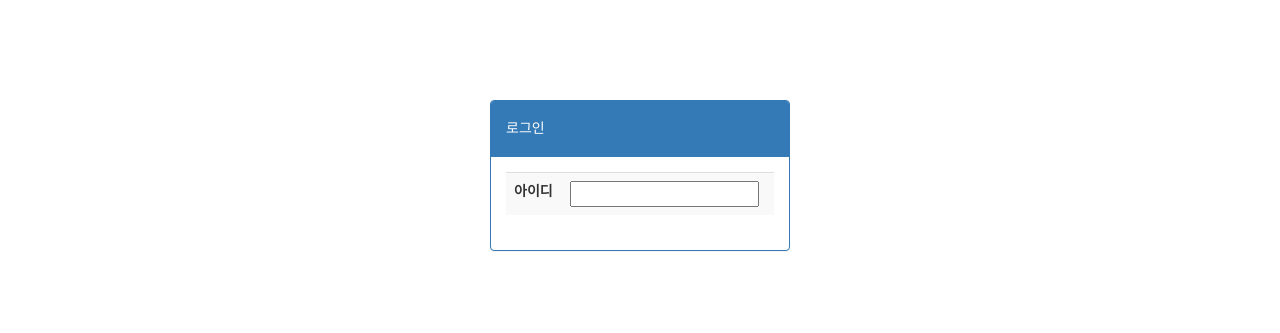
Repository: simDev1234/WebStudy
Page: http://localhost/2022_0607_PhotoGallery/member/login_form.do
An editor plug-in stored every save of this project. The page is shown before and after the next save, followed by the edit.
The browser window is 1280 px wide. The pictures show the whole page.
The page is served by Tomcat 9. Other server files are loaded and not shown.

Above is the page before, as saved 2022-06-07 08:16:14.

### _01_상반기_WebStudy/2022_0607_PhotoGallery/src/main/webapp/member/member_login_form.jsp
<%@ page language="java" contentType="text/html; charset=UTF-8"
    pageEncoding="UTF-8"%>
<!DOCTYPE html>
<html>
<head>
<meta charset="UTF-8">
<!-- Bootstrap 3.x -->
<link rel="stylesheet" href="https://maxcdn.bootstrapcdn.com/bootstrap/3.4.1/css/bootstrap.min.css">
<script src="https://ajax.googleapis.com/ajax/libs/jquery/3.6.0/jquery.min.js"></script>
<script src="https://maxcdn.bootstrapcdn.com/bootstrap/3.4.1/js/bootstrap.min.js"></script>
<style type="text/css">
    #box{
       width : 300px;
       margin : auto;
       margin-top : 100px;
    }
</style>
<title>Insert title here</title>
</head>
<body>
   <form>
      <div id = "box">
         <div class="panel panel-primary">
		    <div class="panel-heading"><h5>로그인</h5></div>
		    <div class="panel-body">
		       <table class = "table table-striped">
		           <tr>
		             <th>아이디</th>
		             <td><input name = "m_id"></td>
		           </tr>
		       </table>
		    </div>
		 </div>
      </div>
   </form>
</body>
</html>

### _01_상반기_WebStudy/2022_0607_PhotoGallery/src/main/java/action/member/MemberLoginFormAction.java
package action.member;

import java.io.IOException;
import javax.servlet.RequestDispatcher;
import javax.servlet.ServletException;
import javax.servlet.annotation.WebServlet;
import javax.servlet.http.HttpServlet;
import javax.servlet.http.HttpServletRequest;
import javax.servlet.http.HttpServletResponse;

/**
 * Servlet implementation class MemberLoginFormAction
 */
@WebServlet("/member/login_form.do")
public class MemberLoginFormAction extends HttpServlet {
	private static final long serialVersionUID = 1L;

	/**
	 * @see HttpServlet#HttpServlet()
	 */
	public MemberLoginFormAction() {
		super();
		// TODO Auto-generated constructor stub
	}

	/**
	 * @see HttpServlet#service(HttpServletRequest request, HttpServletResponse response)
	 */
	protected void service(HttpServletRequest request, HttpServletResponse response)
			throws ServletException, IOException {

		//forward
		String forward_page = "member_login_form.jsp";
		RequestDispatcher disp = request.getRequestDispatcher(forward_page);
		disp.forward(request, response);

	}

}

After the next save:
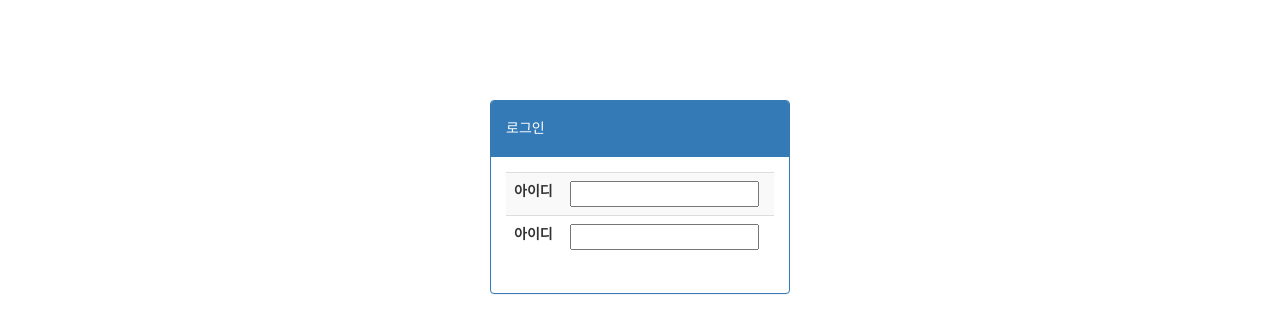
Saved 16 s later.
--- a/_01_상반기_WebStudy/2022_0607_PhotoGallery/src/main/webapp/member/member_login_form.jsp
+++ b/_01_상반기_WebStudy/2022_0607_PhotoGallery/src/main/webapp/member/member_login_form.jsp
@@ -28,6 +28,10 @@
 		             <th>아이디</th>
 		             <td><input name = "m_id"></td>
 		           </tr>
+		           <tr>
+		             <th>아이디</th>
+		             <td><input name = "m_id"></td>
+		           </tr>
 		       </table>
 		    </div>
 		 </div>
